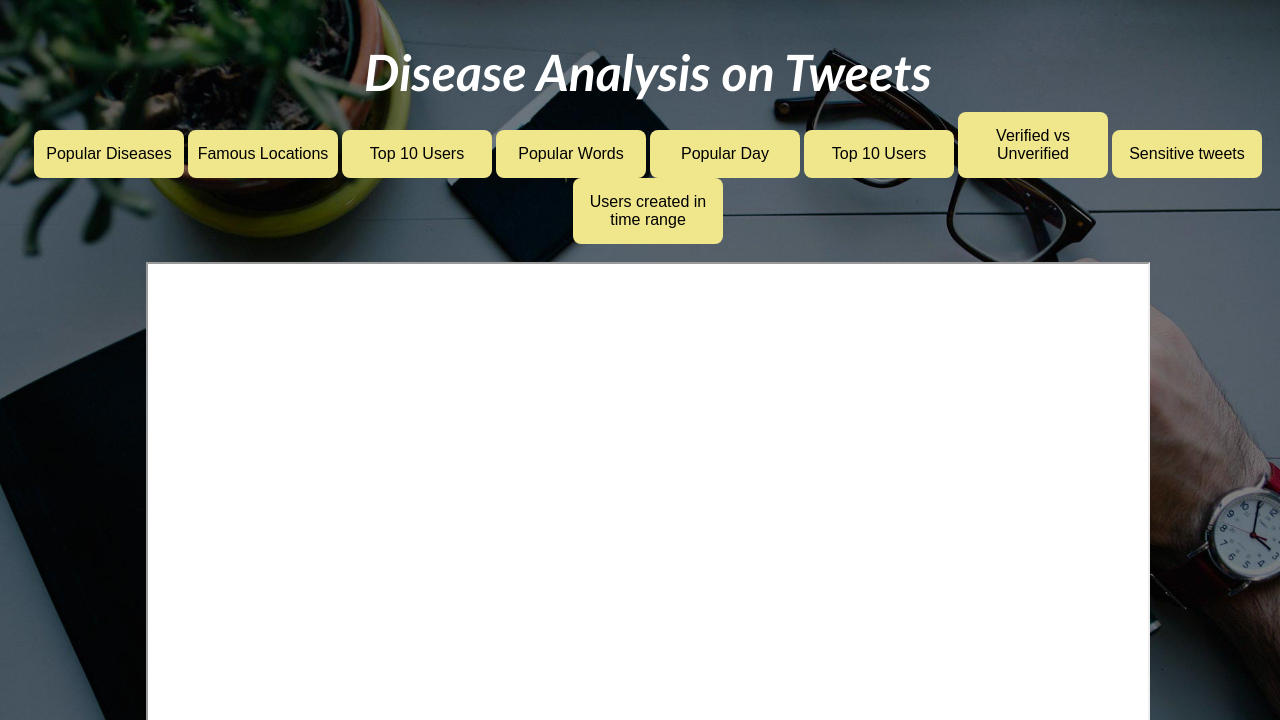
Repository: SaitejaswiK/Principles-of-BigData-Management
Page: Phase2/Source/PB_Project2/TwitterAnalysis/WebContent/home.html
An editor plug-in stored every save of this project. The page is shown before and after the next save, followed by the edit.
The browser window is 1280 px wide. The pictures show the whole page.

Above is the page before, as saved 2018-12-04 03:48:15.

After the next save:
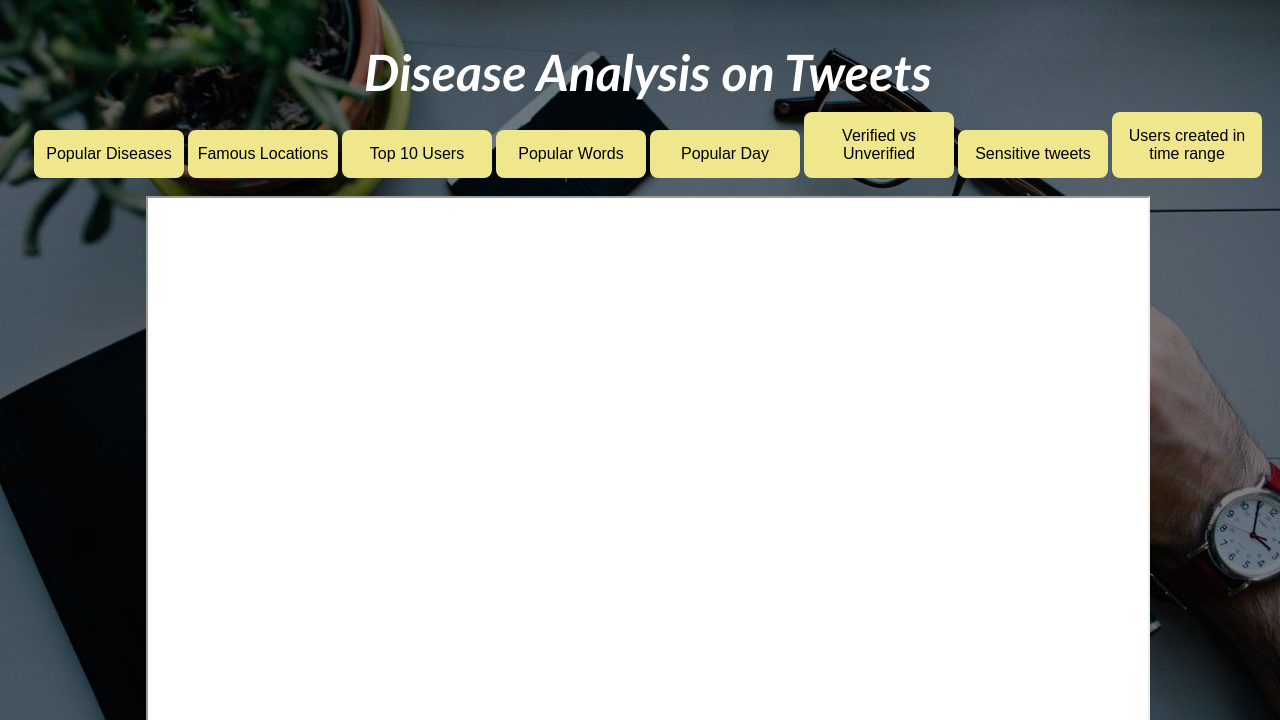
Saved 6 min 25 s later.
--- a/Phase2/Source/PB_Project2/TwitterAnalysis/WebContent/home.html
+++ b/Phase2/Source/PB_Project2/TwitterAnalysis/WebContent/home.html
@@ -19,9 +19,6 @@
         }
 		function query5(){
             document.getElementById('frame').src='cuisine';
-        }
-        function query6(){
-            document.getElementById('frame').src='pyramid(query2).html';
         }
         function query7(){
         	document.getElementById('frame').src='piechart(query7).html';
@@ -68,7 +65,6 @@
 <button onclick="query3()" style="width:150px;" class="abc">Top 10 Users</button>
 <button onclick="query4()" style="width:150px;" class="abc">Popular Words</button>
 <button onclick="query5()" style="width:150px;" class="abc">Popular Day</button>
-<button onclick="query6()" style="width:150px;" class="abc">Top 10 Users</button>
 <button onclick="query7()" style="width:150px;" class="abc">Verified vs Unverified</button>
 <button onclick="query8()" style="width:150px;" class="abc">Sensitive tweets</button>
 <button onclick="query10()" style="width:150px;" class="abc">Users created in time range</button>
